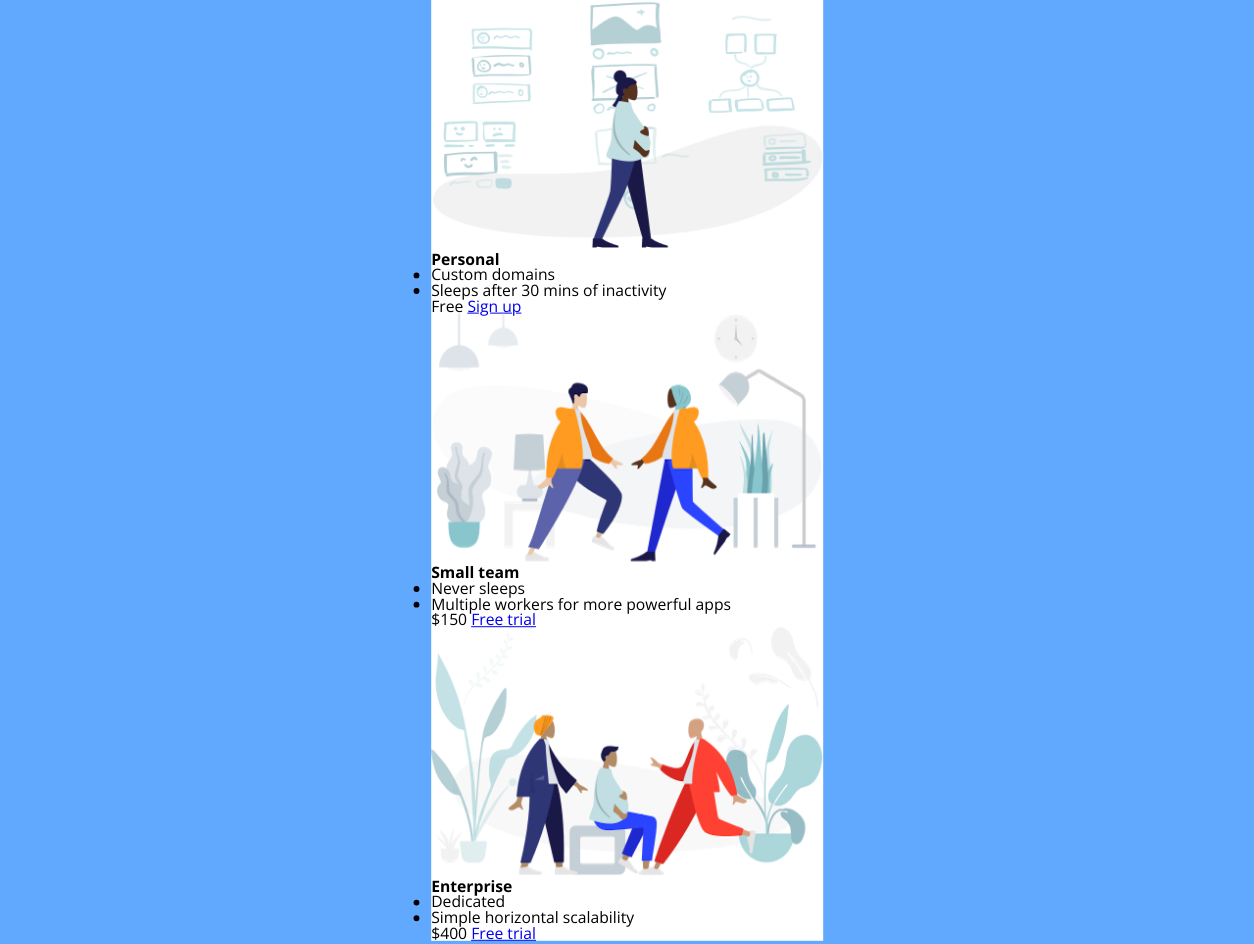
Repository: patrik-fredlund/pricing_panel_udemy
Page: PriceTableStarter/index.html
An editor plug-in stored every save of this project. The page is shown before and after the next save, followed by the edit.
The browser window is 1280 px wide. The pictures show the whole page, at 98% of full size.

Above is the page before, as saved 2021-06-27 13:10:14.

After the next save:
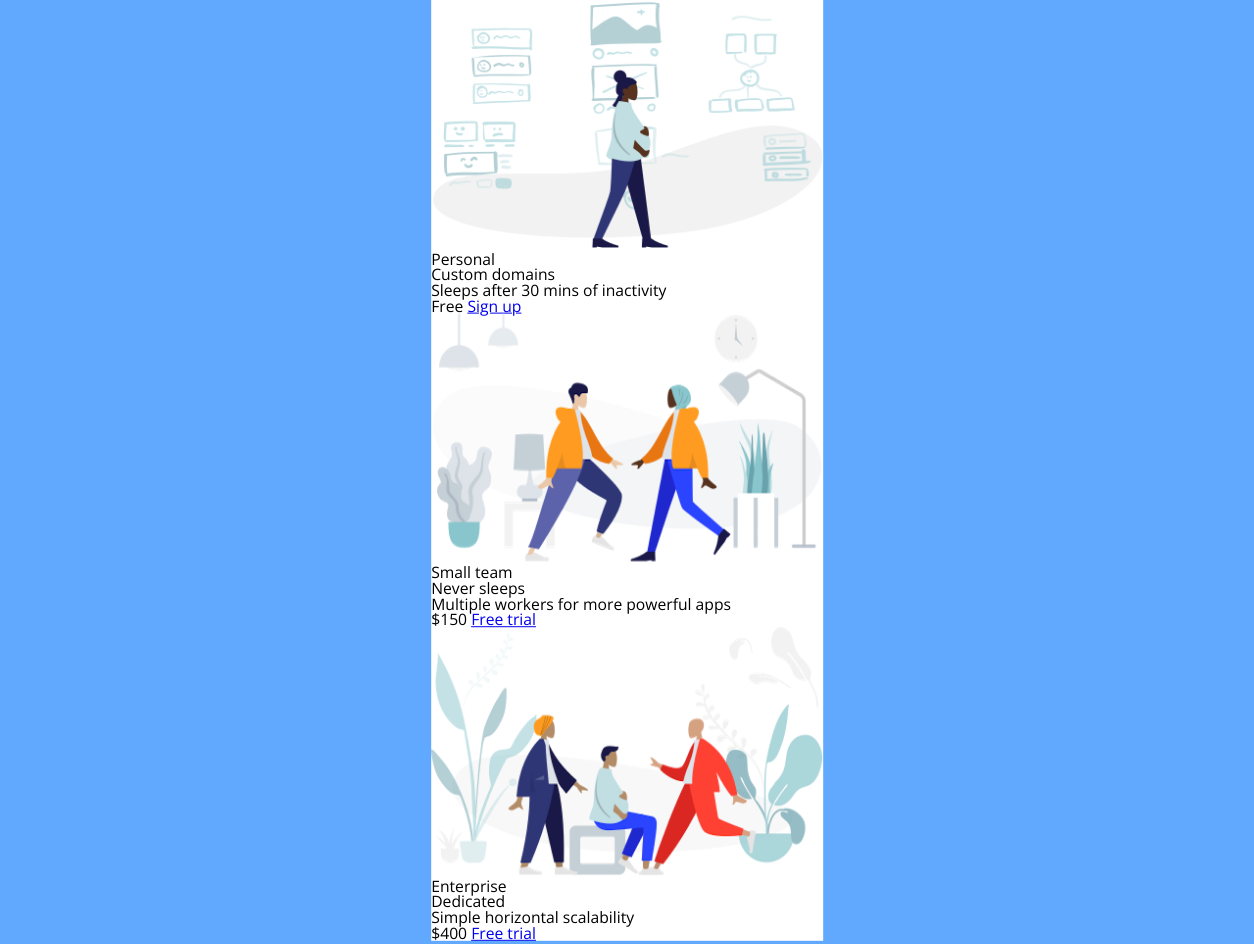
Saved 66 s later.
--- a/PriceTableStarter/app.css
+++ b/PriceTableStarter/app.css
@@ -1,65 +1,52 @@
+/* http://meyerweb.com/eric/tools/css/reset/
+   v2.0 | 20110126
+   License: none (public domain)
+*/
 
-
-html, body, div, span, object, iframe,
+html, body, div, span, applet, object, iframe,
 h1, h2, h3, h4, h5, h6, p, blockquote, pre,
-abbr, address, cite, code,
-del, dfn, em, img, ins, kbd, q, samp,
-small, strong, sub, sup, var,
-b, i,
+a, abbr, acronym, address, big, cite, code,
+del, dfn, em, img, ins, kbd, q, s, samp,
+small, strike, strong, sub, sup, tt, var,
+b, u, i, center,
 dl, dt, dd, ol, ul, li,
 fieldset, form, label, legend,
 table, caption, tbody, tfoot, thead, tr, th, td,
-article, aside, canvas, details, figcaption, figure,
-footer, header, hgroup, menu, nav, section, summary,
+article, aside, canvas, details, embed,
+figure, figcaption, footer, header, hgroup,
+menu, nav, output, ruby, section, summary,
 time, mark, audio, video {
-  margin: 0;
-  padding: 0;
-  border: 0;
-  outline: 0;
-  font-size: 100%;
-  vertical-align: baseline;
-  background: transparent;
+	margin: 0;
+	padding: 0;
+	border: 0;
+	font-size: 100%;
+	font: inherit;
+	vertical-align: baseline;
+}
+/* HTML5 display-role reset for older browsers */
+article, aside, details, figcaption, figure,
+footer, header, hgroup, menu, nav, section {
+	display: block;
+}
+body {
+	line-height: 1;
+}
+ol, ul {
+	list-style: none;
+}
+blockquote, q {
+	quotes: none;
+}
+blockquote:before, blockquote:after,
+q:before, q:after {
+	content: '';
+	content: none;
+}
+table {
+	border-collapse: collapse;
+	border-spacing: 0;
 }
 
-body {
-  line-height: 1;
-}
-
-article,aside,details,figcaption,figure,
-footer,header,hgroup,menu,nav,section {
-  display: block;
-}
-
-nav ul {
-  list-style :none;
-}
-
-blockquote, q {
-  quotes: none;
-}
-
-blockquote:before, blockquote:after,
-q:before, q:after {
-  content: '';
-  content: none;
-}
-
-a {
-  margin: 0;
-  padding: 0;
-  font-size: 100%;
-  vertical-align: baseline;
-  background: transparent;
-}
-
-table {
-  border-collapse: collapse;
-  border-spacing: 0;
-}
-
-input, select {
-  vertical-align :middle;
-}
 
 html {
     box-sizing: border-box;
